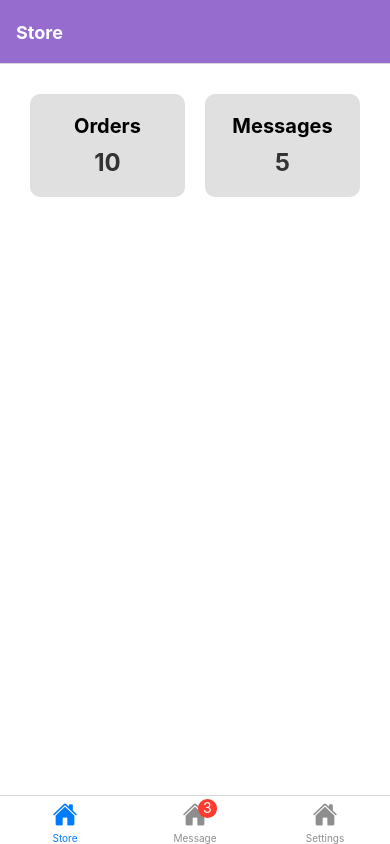
Repository: Waikato153/AwesomeProject
Screen: /
An editor plug-in stored every save of this project. The screen is shown before and after the next save, followed by the edit.
The app was drawn by React Native's web renderer in a window 390 px wide. The project was rebuilt for these pictures with package versions that can differ from the ones it lists, and the page was loaded fresh each time.

Above is the screen before, as saved 2024-02-28 17:17:20.

### App.js
import * as React from 'react';
import { Text, View, StyleSheet} from 'react-native';
import { NavigationContainer } from '@react-navigation/native';
import { createBottomTabNavigator } from '@react-navigation/bottom-tabs';
import { Ionicons } from '@expo/vector-icons';

import HomeScreen from './screens/HomeScreen';

function SettingsScreen() {
  return (
    <View style={{ flex: 1, justifyContent: 'center', alignItems: 'center' }}>
      <Text>Settings!</Text>
    </View>
  );
}


const styles = StyleSheet.create({
  container: {
    flex: 1,
    justifyContent: 'center',
    backgroundColor: 'white',
    alignItems: 'center',
    padding: 8,
  },
  paragraph: {
    margin: 24,
    fontSize: 18,
    fontWeight: 'bold',
    textAlign: 'center',
  },
});

const Tab = createBottomTabNavigator();

function MyTabs() {
  return (

    <Tab.Navigator
      screenOptions={{
        tabBarIcon: ({ color, size }) => (
          <Ionicons name="home" color={color} size={size} />
        ),
        headerStyle: {
          backgroundColor: '#966ccf',
        },
        headerTintColor: '#fff',
        headerTitleStyle: {
          fontWeight: 'bold',
        },
      }}
    >
      <Tab.Screen
        name="Store"
        component={HomeScreen}

      />
      <Tab.Screen
        name="Message"
        component={SettingsScreen}
        options={{
          tabBarBadge: 3
        }}
      />
      <Tab.Screen
        name="Settings"
        component={SettingsScreen}
      />
    </Tab.Navigator>
  );
}

export default function App() {
  return (
    <NavigationContainer>
      <MyTabs />
    </NavigationContainer>
  );
}

### screens/HomeScreen.js
import React from 'react';
import { View, Text, StyleSheet } from 'react-native';

const HomeScreen = () => {
  return (
    <View style={styles.container}>
      <View style={styles.block}>
        <Text style={styles.title}>Orders</Text>
        <Text style={styles.count}>10</Text>
      </View>
      <View style={styles.block}>
        <Text style={styles.title}>Messages</Text>
        <Text style={styles.count}>5</Text>
      </View>
    </View>
  );
};



const styles = StyleSheet.create({
  container: {
    flex: 1,
    flexDirection: 'row',
    justifyContent: 'space-around',
    alignItems: 'flex-start',
    backgroundColor: '#ffffff',
    padding: 20,
  },
  block: {
    flex: 1,
    justifyContent: 'center',
    alignItems: 'center',
    backgroundColor: '#e0e0e0',
    borderRadius: 10,
    padding: 20,
    margin: 10,
  },
  title: {
    fontSize: 20,
    fontWeight: 'bold',
    marginBottom: 10,
  },
  count: {
    fontSize: 24,
    fontWeight: 'bold',
    color: '#333333',
  },
});



export default HomeScreen;

After the next save:
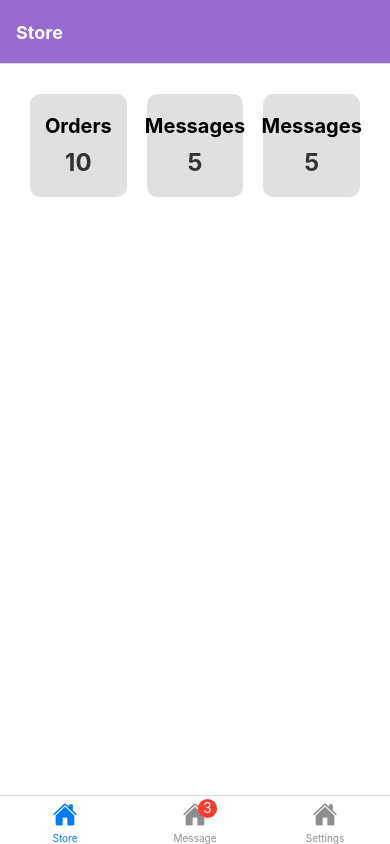
Saved 11 s later.
--- a/screens/HomeScreen.js
+++ b/screens/HomeScreen.js
@@ -7,6 +7,10 @@ const HomeScreen = () => {
       <View style={styles.block}>
         <Text style={styles.title}>Orders</Text>
         <Text style={styles.count}>10</Text>
+      </View>
+      <View style={styles.block}>
+        <Text style={styles.title}>Messages</Text>
+        <Text style={styles.count}>5</Text>
       </View>
       <View style={styles.block}>
         <Text style={styles.title}>Messages</Text>

After the 2 saves that followed:
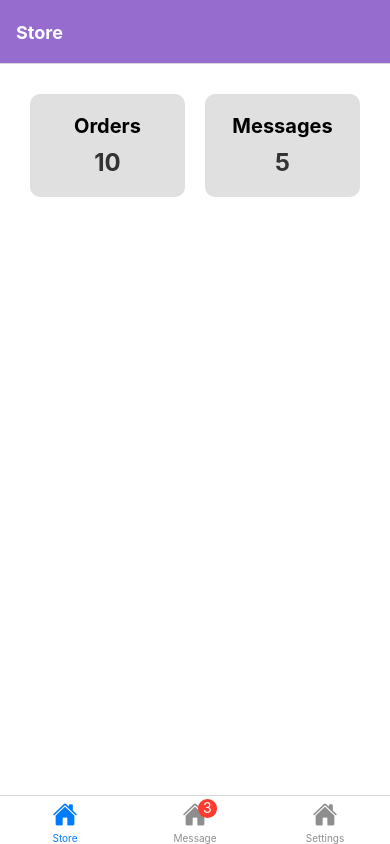
The 2 saves are shown as one change because 1 left the picture as it was.
The last was saved 38 s later.
--- a/screens/HomeScreen.js
+++ b/screens/HomeScreen.js
@@ -12,10 +12,7 @@ const HomeScreen = () => {
         <Text style={styles.title}>Messages</Text>
         <Text style={styles.count}>5</Text>
       </View>
-      <View style={styles.block}>
-        <Text style={styles.title}>Messages</Text>
-        <Text style={styles.count}>5</Text>
-      </View>
+
     </View>
   );
 };
